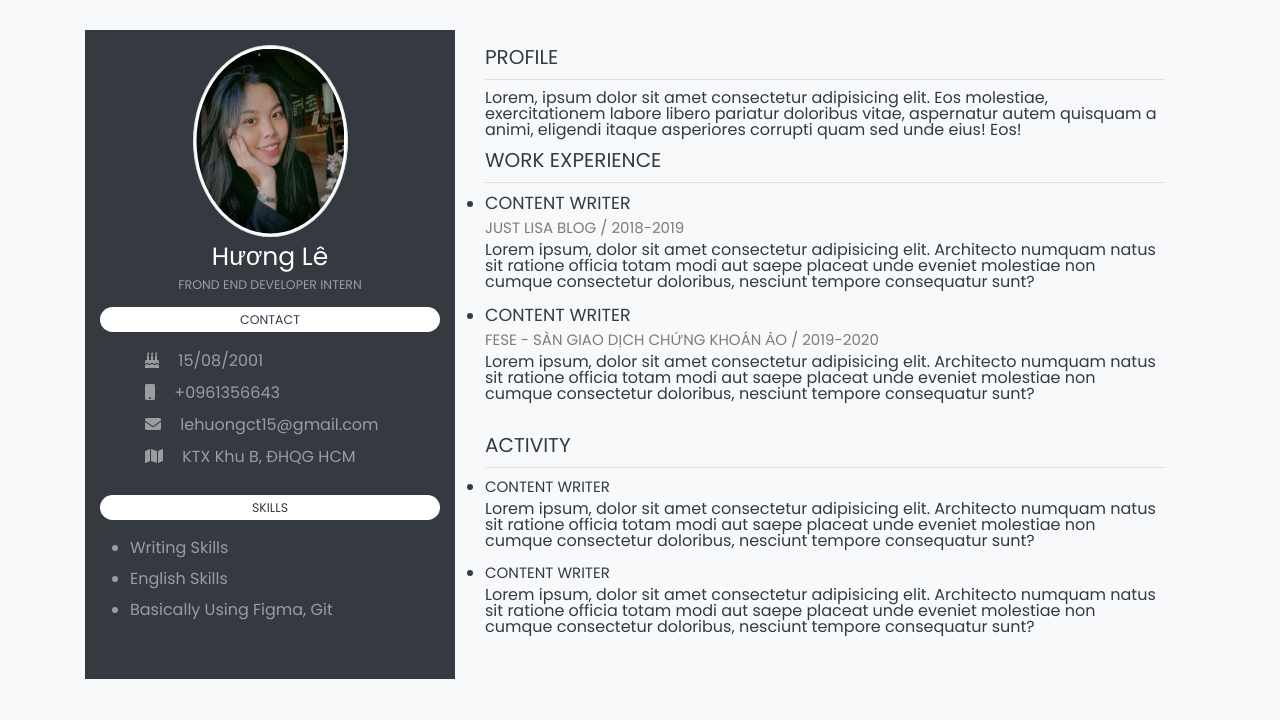
Repository: huongle158/cvhuongle
Page: index.html
These files come from the project's save history. The page is drawn as it stood at one moment and after the next save; the edit follows.
The browser window is 1280 px wide. The pictures show the whole page.
Some web libraries are served in a nearby version.

Above is the page before, as saved 2021-12-12 23:51:26.

After the next save:
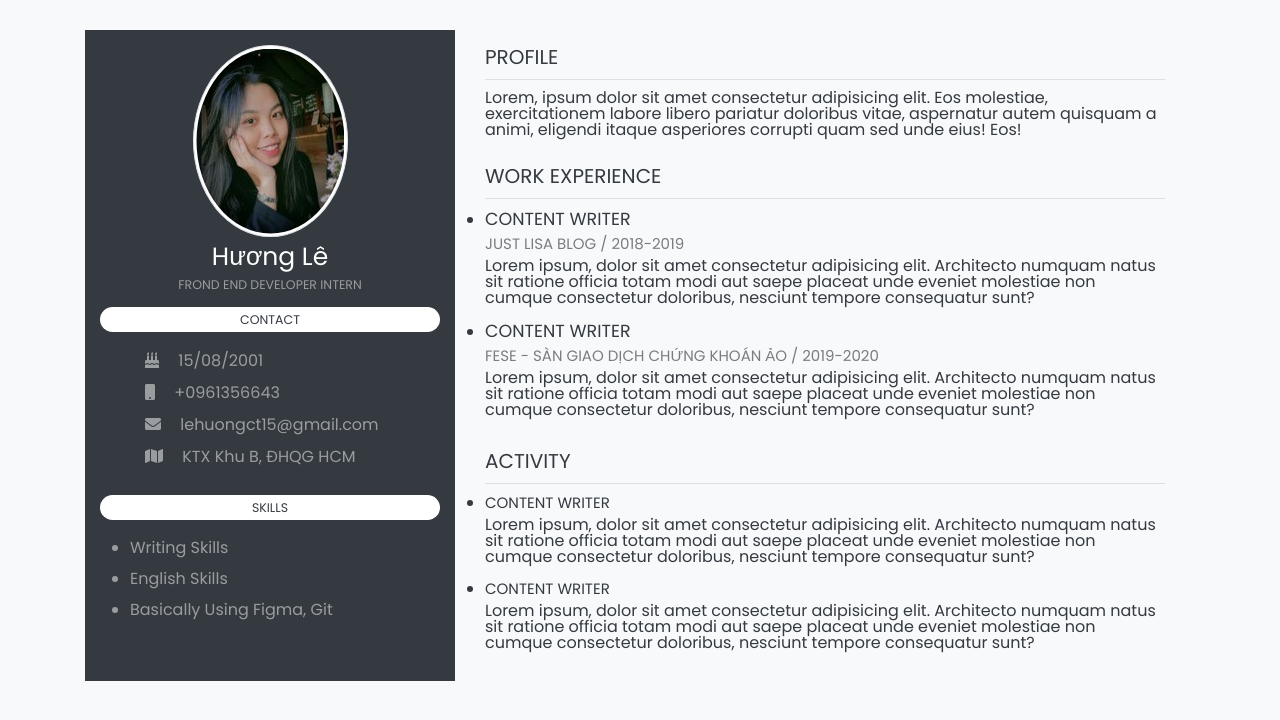
Saved 15 s later.
--- a/index.html
+++ b/index.html
@@ -69,7 +69,6 @@
                 <li class="list-item mb-4">Basically using Figma, Git</li>
               </ul>
           </div>
-<br>
 
         </div>
 
@@ -80,6 +79,7 @@
                 <p>Lorem, ipsum dolor sit amet consectetur adipisicing elit. Eos molestiae, exercitationem labore libero pariatur doloribus vitae, aspernatur autem quisquam a animi, eligendi itaque asperiores corrupti quam sed unde eius! Eos!</p>
 
             </div>
+            <br>
             <div>
                 <h2 class="text-uppercase">Work Experience</h2>
                 <hr>
